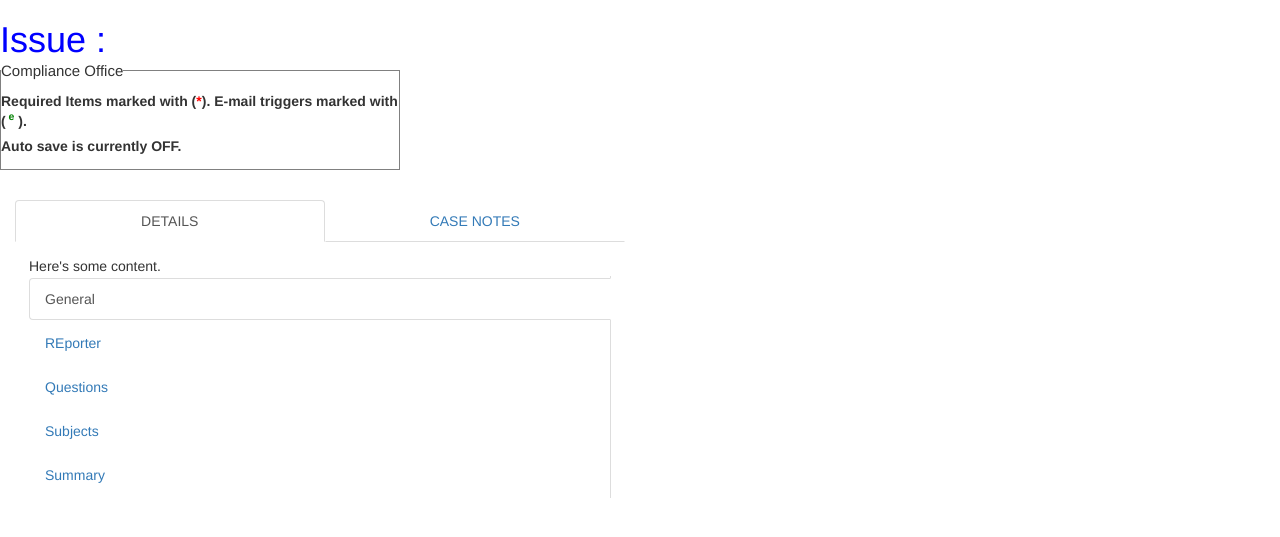
Repository: ManjushaDaram/LibraryPramati
Page: /
The author's editor kept a copy of each file at every save. The page is drawn from the files as they stood at one save, then again after the next save.
The browser window is 1280 px wide. The pictures show the whole page.
The project was rebuilt for these pictures with package versions that can differ from the ones it lists, and the page was loaded fresh each time. Also part of the build but not shown: angular.json.

Above is the page before, as saved 2019-04-18 12:34:23.

### src/index.html
<!doctype html>
<html lang="en">
<head>
  <meta charset="utf-8">
  <title>PramatiLibrary</title>
  <base href="/">

  <meta name="viewport" content="width=device-width, initial-scale=1">
  <link rel="icon" type="image/x-icon" href="favicon.ico">
</head>
<body>
  <app-root></app-root>
</body>
</html>

### src/app/app.module.ts
import { BrowserModule } from '@angular/platform-browser';
import { NgModule } from '@angular/core';

import { AppRoutingModule } from './app-routing.module';
import { AppComponent } from './app.component';
import { AddissueComponent } from './AddIssue/addissue/addissue.component';
import {Tab} from './AddIssue/addissue/tabs/tab.component';
import {Tabs} from './AddIssue/addissue/tabs/tabs.component';

@NgModule({
  declarations: [
    AppComponent,
    AddissueComponent,Tab,Tabs
  ],
  imports: [
    BrowserModule,
    AppRoutingModule
  ],
  providers: [],
  bootstrap: [AppComponent]
})
export class AppModule { }

### src/app/app.component.ts
import { Component } from '@angular/core';

@Component({
  selector: 'app-root',
  templateUrl: './app.component.html',
  styleUrls: ['./app.component.css']
})
export class AppComponent {
  title = 'PramatiLibrary';
}

### src/app/AddIssue/addissue/addissue.component.ts
import { Component, OnInit } from '@angular/core';
import {} from './tabs/tabs.component';

@Component({
  selector: 'app-addissue',
  templateUrl: './addissue.component.html',
  styleUrls: ['./addissue.component.css']
})
export class AddissueComponent implements OnInit {

  constructor() { }

  ngOnInit() {
  }

}

### src/app/AddIssue/addissue/tabs/tab.component.ts
import { Component, Input } from '@angular/core';

@Component({
  selector: 'tab',
  styles: [`
    .pane{
      padding: 1em;
    }
  `],
  template: `
    <div [hidden]="!active" class="pane">
      <ng-content></ng-content>
    </div>
  `
})
export class Tab {
  @Input('tabTitle') title: string;
  @Input() active = false;
}

### src/app/AddIssue/addissue/tabs/tabs.component.ts
import { Component, ContentChildren, QueryList, AfterContentInit } from '@angular/core';
import { Tab } from './tab.component';

@Component({
  selector: 'tabs',
  template:`
  <div class="col-md-6">
  <ul class=" nav nav-tabs nav-justified">
      <li *ngFor="let tab of tabs" (click)="selectTab(tab)" [class.active]="tab.active">
        <a href="#">{{tab.title}}</a>
      </li>
    </ul>
    <ng-content></ng-content>
  </div>


  `
})
export class Tabs implements AfterContentInit {

  @ContentChildren(Tab) tabs: QueryList<Tab>;

  // contentChildren are set
  ngAfterContentInit() {
    // get all active tabs
    let activeTabs = this.tabs.filter((tab)=>tab.active);

    // if there is no active tab set, activate the first
    if(activeTabs.length === 0) {
      this.selectTab(this.tabs.first);
    }
  }

  selectTab(tab: Tab){
    // deactivate all tabs
    this.tabs.toArray().forEach(tab => tab.active = false);

    // activate the tab the user has clicked on.
    tab.active = true;
  }

}

### src/app/app.component.html
<!--The content below is only a placeholder and can be replaced.-->
<app-addissue></app-addissue>
<router-outlet></router-outlet>

### src/app/AddIssue/addissue/addissue.component.html
<div class="inline">
<h1 style="color: blue">Issue :</h1>
</div>

<div id="inlineWord">
  <h3><span>Compliance Office</span></h3>
  <div>
    <label>Required Items marked with (<span style="color: red">*</span>). E-mail triggers marked with (<sup><span style="color:green"> e</span></sup> ).</label>
  </div>
  <div>
    <label>
      Auto save is currently <strong>OFF.</strong>
    </label>
  </div>
</div>

<div style="margin-top: 30px">
  <tabs>
    <tab tabTitle="DETAILS">
      Here's some content.
      <div class="col-md-6.5">
          <ul class="nav nav-tabs tabs-left">
            <li class="active"><a href="#home" data-toggle="tab">General</a></li>
            <li><a href="#profile" data-toggle="tab">REporter</a></li>
            <li><a href="#messages" data-toggle="tab">Questions</a></li>
            <li><a href="#settings" data-toggle="tab">Subjects</a></li>
            <li><a href="#settings" data-toggle="tab">Summary</a></li>
        </ul>
      </div>
    </tab>
    <tab tabTitle="CASE NOTES">
      And here's more in another tab.
    </tab>
  </tabs>
</div>

### src/app/AddIssue/addissue/addissue.component.css
#inlineWord{
  border: 1px solid grey;
  width: 400px;
  height: 100px;
}

#inlineWord h3{
  text-align: left;
  margin-top: -10px;
  height: 20px;
  line-height: 20px;
  font-size: 15px;
}

#inlineWord h3 span{
  background-color: white;
}

/* div{
  margin-left: 10px
} */


.tabs-left {
  border-bottom: none;
  padding-top: 2px;
}
.tabs-left {
  border-right: 1px solid #ddd;
}

.tabs-left>li, .tabs-right>li {
  float: none;
  margin-bottom: 2px;
}
.tabs-left>li {
  margin-right: -1px;
}
.tabs-right>li {
  margin-left: -1px;
}
.tabs-left>li.active>a,
.tabs-left>li.active>a:hover,
.tabs-left>li.active>a:focus {
  border-bottom-color: #ddd;
  border-right-color: transparent;
}


.tabs-left>li>a {
  border-radius: 4px 0 0 4px;
  margin-right: 0;
  display:block;
}

.vertical-text {
  margin-top:50px;
  border: none;
  position: relative;
}
.vertical-text>li {
  height: 20px;
  width: 120px;
  margin-bottom: 100px;
}
.vertical-text>li>a {
  border-bottom: 1px solid #ddd;
  border-right-color: transparent;
  text-align: center;
  border-radius: 4px 4px 0px 0px;
}
.vertical-text>li.active>a,
.vertical-text>li.active>a:hover,
.vertical-text>li.active>a:focus {
  border-bottom-color: transparent;
  border-right-color: #ddd;
  border-left-color: #ddd;
}

Loaded but not shown: src/styles.css (common file); src/main.ts (common file); src/environments/environment.ts (common file); src/app/app-routing.module.ts (common file); src/app/app.component.css (no stored copy; drawn as an empty file)

After the next save:
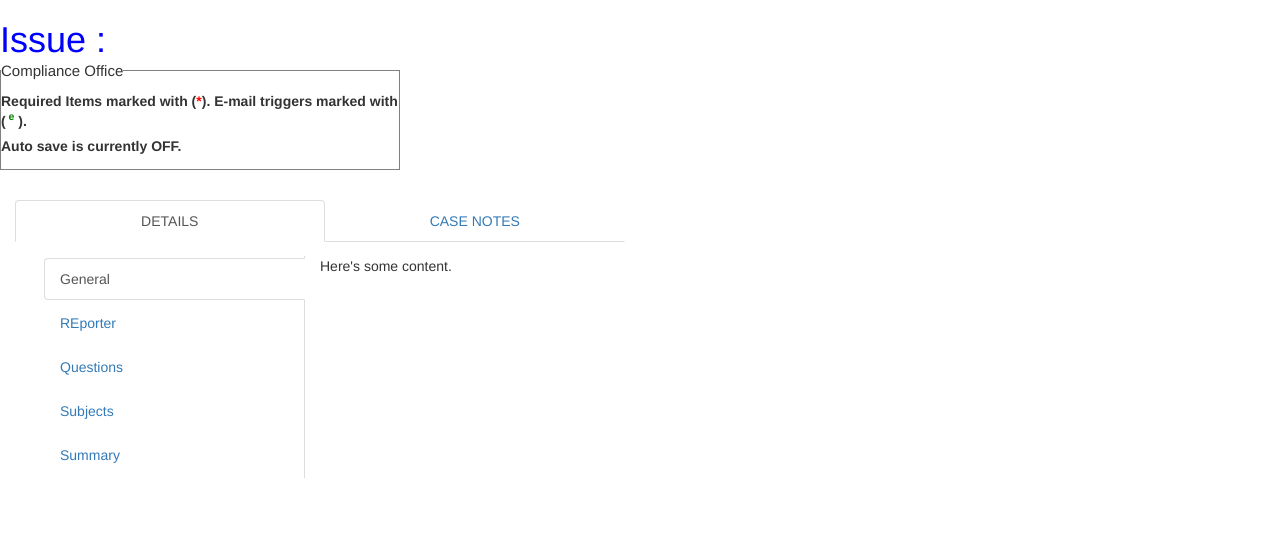
Saved 5 s later.
--- a/src/app/AddIssue/addissue/addissue.component.html
+++ b/src/app/AddIssue/addissue/addissue.component.html
@@ -18,7 +18,7 @@
   <tabs>
     <tab tabTitle="DETAILS">
       Here's some content.
-      <div class="col-md-6.5">
+      <div class="col-md-6">
           <ul class="nav nav-tabs tabs-left">
             <li class="active"><a href="#home" data-toggle="tab">General</a></li>
             <li><a href="#profile" data-toggle="tab">REporter</a></li>
